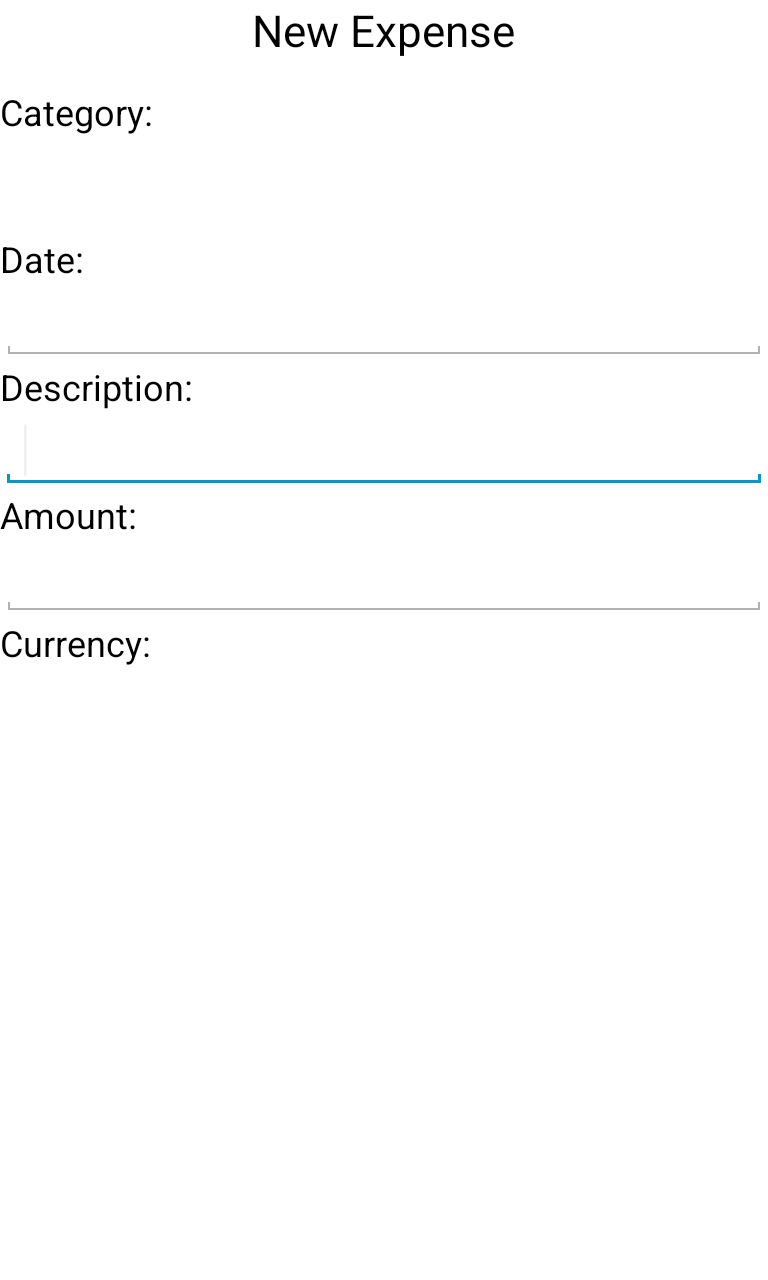
Repository: ReverseOni/Assignment1
Layout: MamesserAssign1/res/layout/new_expense.xml
The author's editor kept a copy of each file at every save. The layout is drawn from the files as they stood at one save, then again after the next save.
It is drawn on a 768 x 1280 px phone screen (xhdpi) without system bars, with theme AppTheme; the app's code is not run. Lists and similar views that code fills are empty.

Above is the layout before, as saved 2015-01-24 19:31:24.

After the next save:
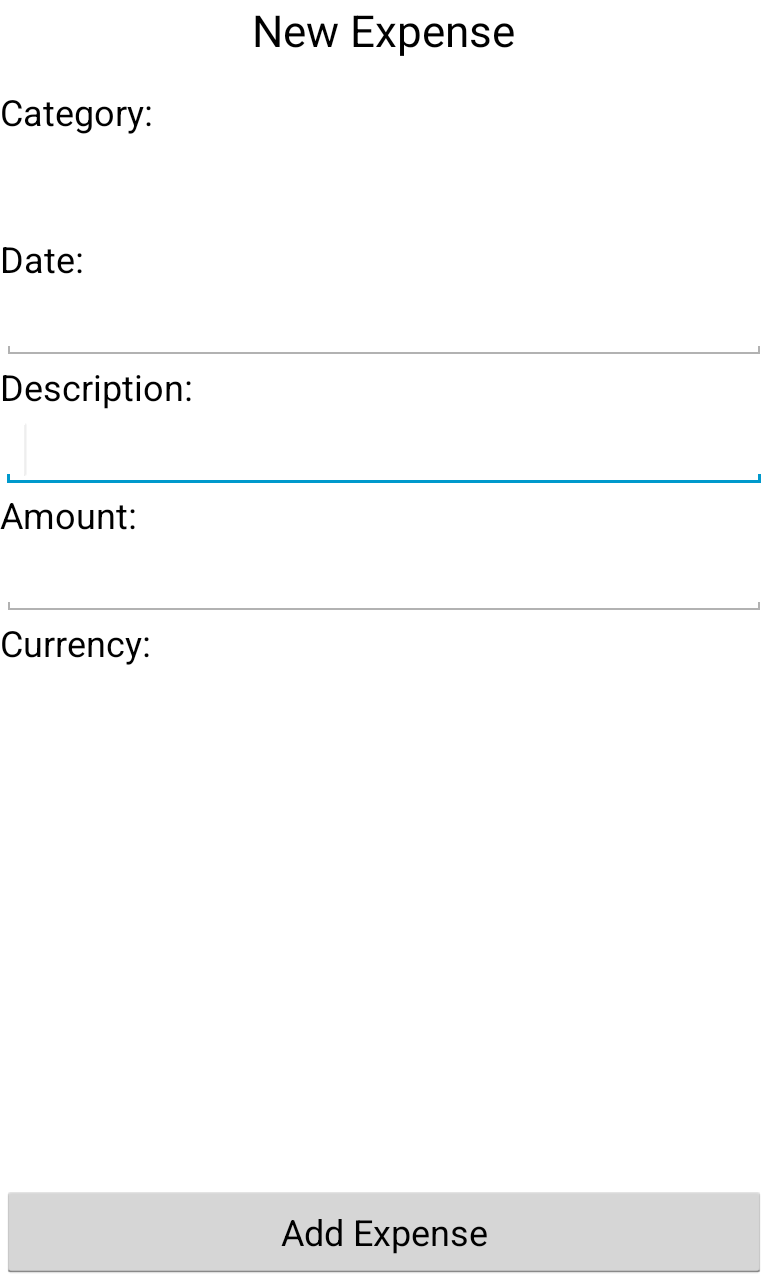
Saved 34 s later.
--- a/MamesserAssign1/res/layout/new_expense.xml
+++ b/MamesserAssign1/res/layout/new_expense.xml
@@ -101,4 +101,13 @@
         android:text="Currency:"
         android:textAppearance="?android:attr/textAppearanceMedium" />
 
+    <Button
+        android:id="@+id/button1"
+        android:layout_width="wrap_content"
+        android:layout_height="wrap_content"
+        android:layout_alignParentBottom="true"
+        android:layout_alignParentLeft="true"
+        android:layout_alignParentRight="true"
+        android:text="Add Expense" />
+
 </RelativeLayout>
